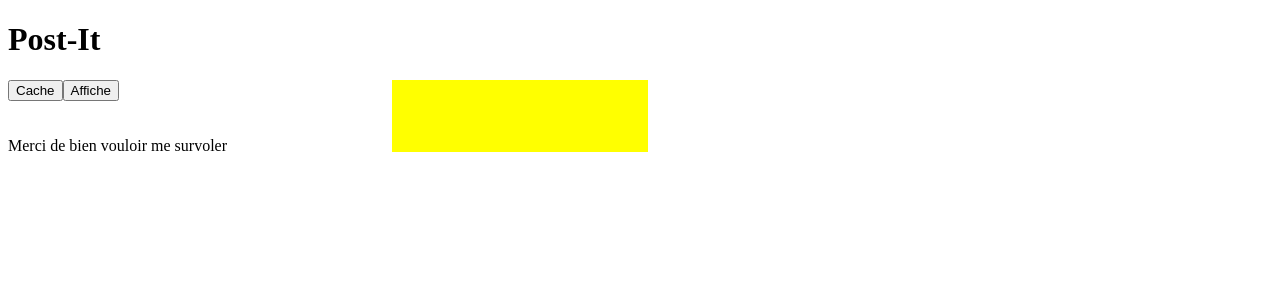
Repository: evalwebmeteofullstack/Gestion_meteo
Page: Notes/Cours + Exercices/Exercices/static/test/5em-code.html
These files come from the project's save history. The page is drawn as it stood at one moment and after the next save; the edit follows.
The browser window is 1280 px wide. The pictures show the whole page.
After loading, the first visible `#butAf` was clicked once.

Above is the page before, as saved 2019-02-04 08:44:37.

### Notes/Cours + Exercices/Exercices/static/test/5em-code.html
<!DOCTYPE HTML>
<html>
<link rel="stylesheet" type="text/css" href="style5.css" />
<head>
</head>
<body>
	<h1>Post-It</h1>
	<div id="div1">
	<input type="button" name="butCache" id="butCach" value="Cache">
	<input type="button" name="butAfficher" id="butAf" value="Affiche">
	<div id="postIt"></div>
	</div>
	<br>
	<br>
	<label>Merci de bien vouloir me survoler</label>
	<script src="test5.js"></script>
</body>
</html>

### Notes/Cours + Exercices/Exercices/static/test/style5.css
#div1 {
	display: flex;
	flex-direction: row;
}

#postIt {
	position: absolute;
	background-color: yellow;
	width: 20%;
	height: 10%;
	margin-left: 30%;
	visibility: hidden;
}

### Notes/Cours + Exercices/Exercices/static/test/test5.js
document.getElementById("butAf").onclick = function() {
	afficheDiv()
};

function afficheDiv() {
	document.getElementById("postIt").style.visibility = "visible";
}

After the next save:
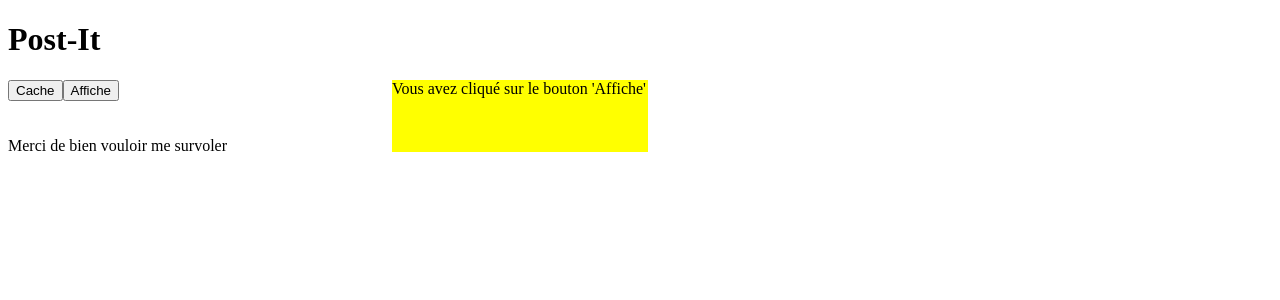
Saved 2 min 1 s later.
--- a/Notes/Cours + Exercices/Exercices/static/test/test5.js
+++ b/Notes/Cours + Exercices/Exercices/static/test/test5.js
@@ -4,4 +4,5 @@ document.getElementById("butAf").onclick = function() {
 
 function afficheDiv() {
 	document.getElementById("postIt").style.visibility = "visible";
+	document.getElementById("postIt").innerHTML = "Vous avez cliqué sur le bouton 'Affiche'";
 }
